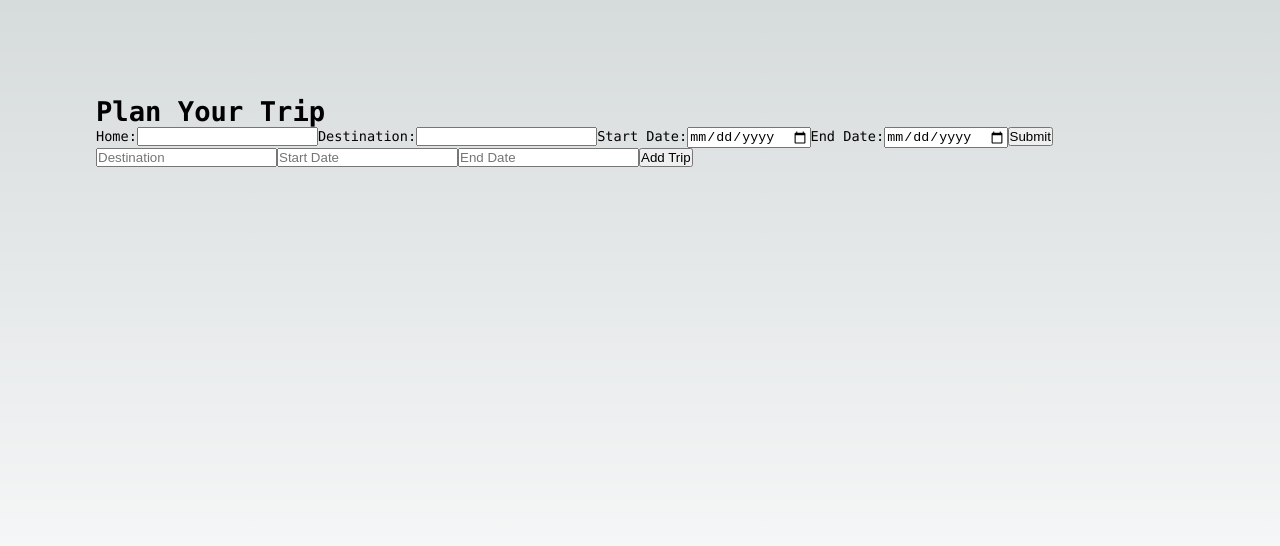
Repository: aobeid1979/reseplanerna
Page: / (app in reseplanerna/)
These files come from the project's save history. The page is drawn as it stood at one moment and after the next save; the edit follows.
The browser window is 1280 px wide. The pictures show the whole page.
The project was rebuilt for these pictures with package versions that can differ from the ones it lists, and the page was loaded fresh each time. The framework's server and built-in components were replaced by stand-ins that run in the browser. Also part of the build but not shown: reseplanerna/next.config.mjs. Imported but missing from the stored project, and not drawn on this page: reseplanerna/src/components/TripList/RemoveTripButton.

Above is the page before, as saved 2024-04-23 22:51:12.

### reseplanerna/src/app/page.tsx
'use client';
import Image from "next/image";
import styles from "./page.module.css";
import React from "react";
import TripForm from "../components/TripForm/TripForm";
import TripList from "../components/TripList/TripList";

export default function Home() {


  return (
    <main className={styles.main}>
      <div className={styles.description}>
        <div>
          <h1>Plan Your Trip</h1>
          <TripForm />
          <TripList />
        </div>


      </div>




    </main>
  );
}

### reseplanerna/src/components/TripForm/TripForm.jsx
import React, { useState } from 'react';

function TripForm() {
  const [home, setHome] = useState('');
  const [destination, setDestination] = useState('');
  const [startDate, setStartDate] = useState('');
  const [endDate, setEndDate] = useState('');

  const handleSubmit = (event) => {
    event.preventDefault();

    // Convert dates to JavaScript Date objects for comparison
    const start = new Date(startDate);
    const end = new Date(endDate);

    // Check if end date is after start date
    if (start >= end) {
      alert('End date must be after start date');
      return;
    }

    console.log(`Submitting trip from ${home} to ${destination} from ${startDate} to ${endDate}`);
    // Here you can add code to save the trip
  };

  return (
    <form onSubmit={handleSubmit}>
      <label>
        Home:
        <input type="text" value={home} onChange={(e) => setHome(e.target.value)} />
      </label>
      <label>
        Destination:
        <input type="text" value={destination} onChange={(e) => setDestination(e.target.value)} />
      </label>
      <label>
        Start Date:
        <input type="date" value={startDate} onChange={(e) => setStartDate(e.target.value)} />
      </label>
      <label>
        End Date:
        <input type="date" value={endDate} onChange={(e) => setEndDate(e.target.value)} />
      </label>
      <input type="submit" value="Submit" />
    </form>
  );
}

export default TripForm;

### reseplanerna/src/components/TripList/TripList.jsx
import React, { useState } from 'react';

function TripForm() {
  const [trip, setTrip] = useState({ destination: '', startDate: '', endDate: '' });

  const handleChange = (event) => {
    setTrip({ ...trip, [event.target.name]: event.target.value });
  };

  const handleSubmit = (event) => {
    event.preventDefault();
    const storedTrips = localStorage.getItem('trips');
    const trips = storedTrips ? JSON.parse(storedTrips) : [];
    trips.push(trip);
    localStorage.setItem('trips', JSON.stringify(trips));
    setTrip({ destination: '', startDate: '', endDate: '' });
  };

  return (
    <form onSubmit={handleSubmit}>
      <input name="destination" value={trip.destination} onChange={handleChange} placeholder="Destination" required />
      <input name="startDate" value={trip.startDate} onChange={handleChange} placeholder="Start Date" required />
      <input name="endDate" value={trip.endDate} onChange={handleChange} placeholder="End Date" required />
      <button type="submit">Add Trip</button>
    </form>
  );
}

export default TripForm;

Loaded but not shown: reseplanerna/src/app/layout.tsx (common file); reseplanerna/src/app/globals.css (common file); reseplanerna/src/app/page.module.css (common file)

After the next save:
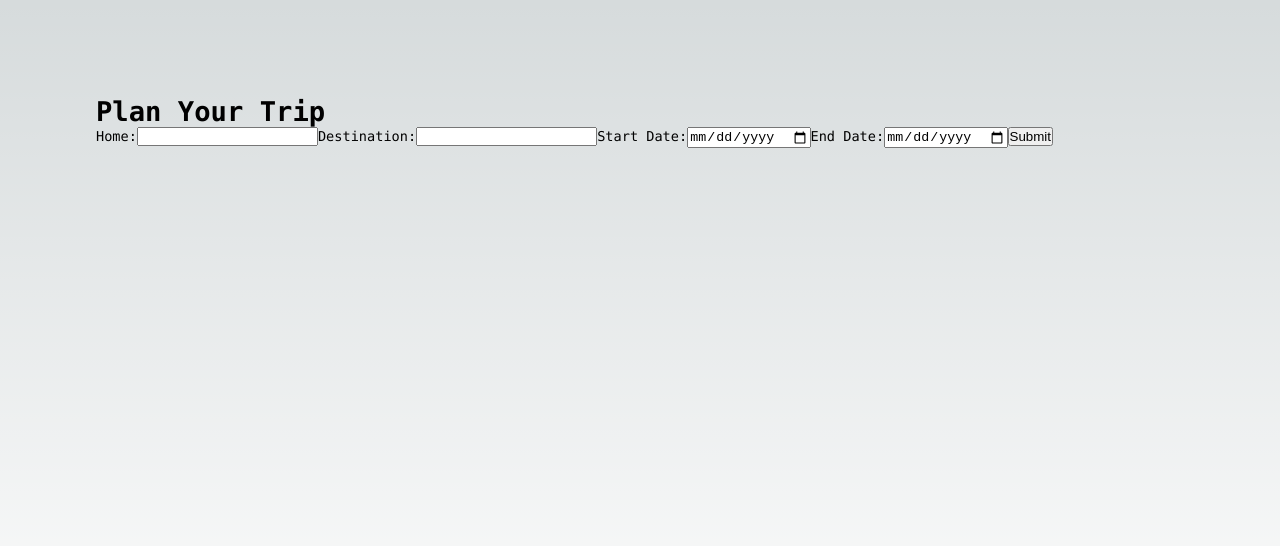
Saved 2 min 42 s later.
--- a/reseplanerna/src/components/TripList/TripList.jsx
+++ b/reseplanerna/src/components/TripList/TripList.jsx
@@ -1,29 +1,27 @@
-import React, { useState } from 'react';
+import React, { useState, useEffect } from 'react';
+import RemoveTripButton from './RemoveTripButton'; // Assuming RemoveTripButton is in the same directory
 
-function TripForm() {
-  const [trip, setTrip] = useState({ destination: '', startDate: '', endDate: '' });
+function TripList() {
+  const [trips, setTrips] = useState([]);
 
-  const handleChange = (event) => {
-    setTrip({ ...trip, [event.target.name]: event.target.value });
-  };
-
-  const handleSubmit = (event) => {
-    event.preventDefault();
+  useEffect(() => {
     const storedTrips = localStorage.getItem('trips');
-    const trips = storedTrips ? JSON.parse(storedTrips) : [];
-    trips.push(trip);
-    localStorage.setItem('trips', JSON.stringify(trips));
-    setTrip({ destination: '', startDate: '', endDate: '' });
-  };
+    if (storedTrips) {
+      setTrips(JSON.parse(storedTrips));
+    }
+  }, []);
 
   return (
-    <form onSubmit={handleSubmit}>
-      <input name="destination" value={trip.destination} onChange={handleChange} placeholder="Destination" required />
-      <input name="startDate" value={trip.startDate} onChange={handleChange} placeholder="Start Date" required />
-      <input name="endDate" value={trip.endDate} onChange={handleChange} placeholder="End Date" required />
-      <button type="submit">Add Trip</button>
-    </form>
+    <div>
+      {trips.map((trip, index) => (
+        <div key={index}>
+          <h2>{trip.destination}</h2>
+          <p>{trip.startDate} - {trip.endDate}</p>
+          <RemoveTripButton tripIndex={index} />
+        </div>
+      ))}
+    </div>
   );
 }
 
-export default TripForm;
+export default TripList;
